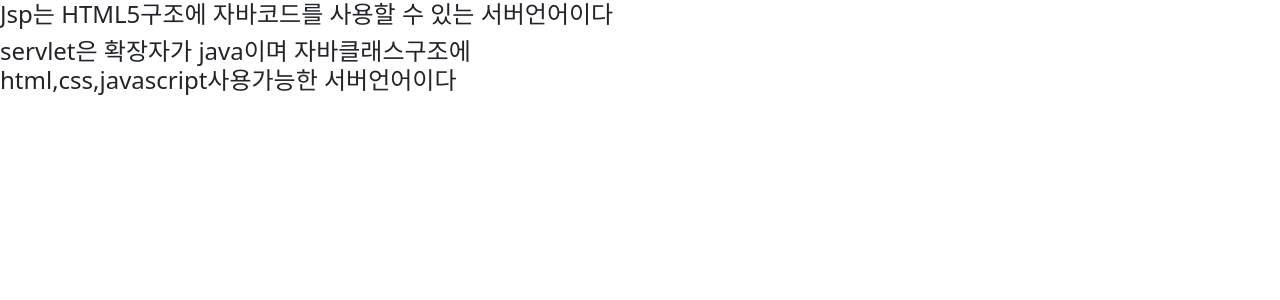
Repository: GANADAG/jspProject
Page: http://localhost/JspProject/day0228/jspStart_01.jsp
The author's editor kept a copy of each file at every save. The page is drawn from the files as they stood at one save, then again after the next save.
The browser window is 1280 px wide. The pictures show the whole page.
Some web fonts or font styles are not loaded; a fallback is used. The page is served by Tomcat 9.

Above is the page before, as saved 2024-02-28 01:03:50.

After the next save:
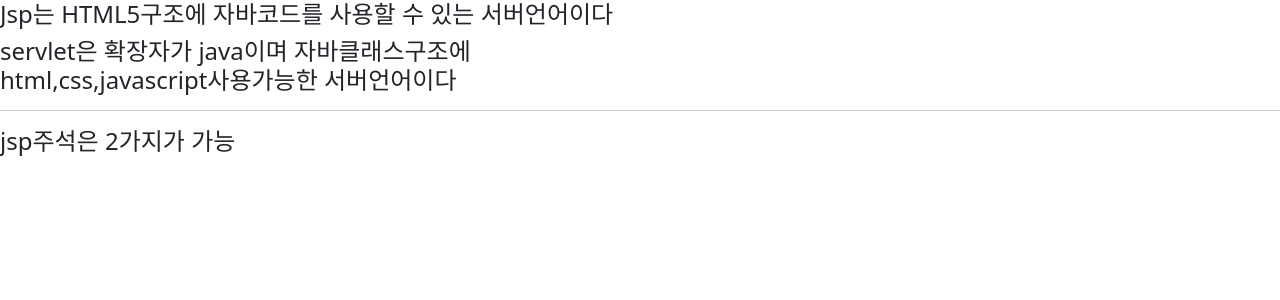
Saved 2 min 20 s later.
--- a/JspProject/src/main/webapp/day0228/jspStart_01.jsp
+++ b/JspProject/src/main/webapp/day0228/jspStart_01.jsp
@@ -13,5 +13,9 @@
 <body>
 	<h4>Jsp는 HTML5구조에 자바코드를 사용할 수 있는 서버언어이다</h4>
 	<h4>servlet은 확장자가 java이며 자바클래스구조에<br>html,css,javascript사용가능한 서버언어이다</h4>
+	<hr>
+	<h4>jsp주석은 2가지가 가능</h4>
+	<!-- 주석1:html기본주석:소스보기에서 보인다 -->
+	<%--jsp주석:소스보기에서 안보인다 --%>
 </body>
 </html>
